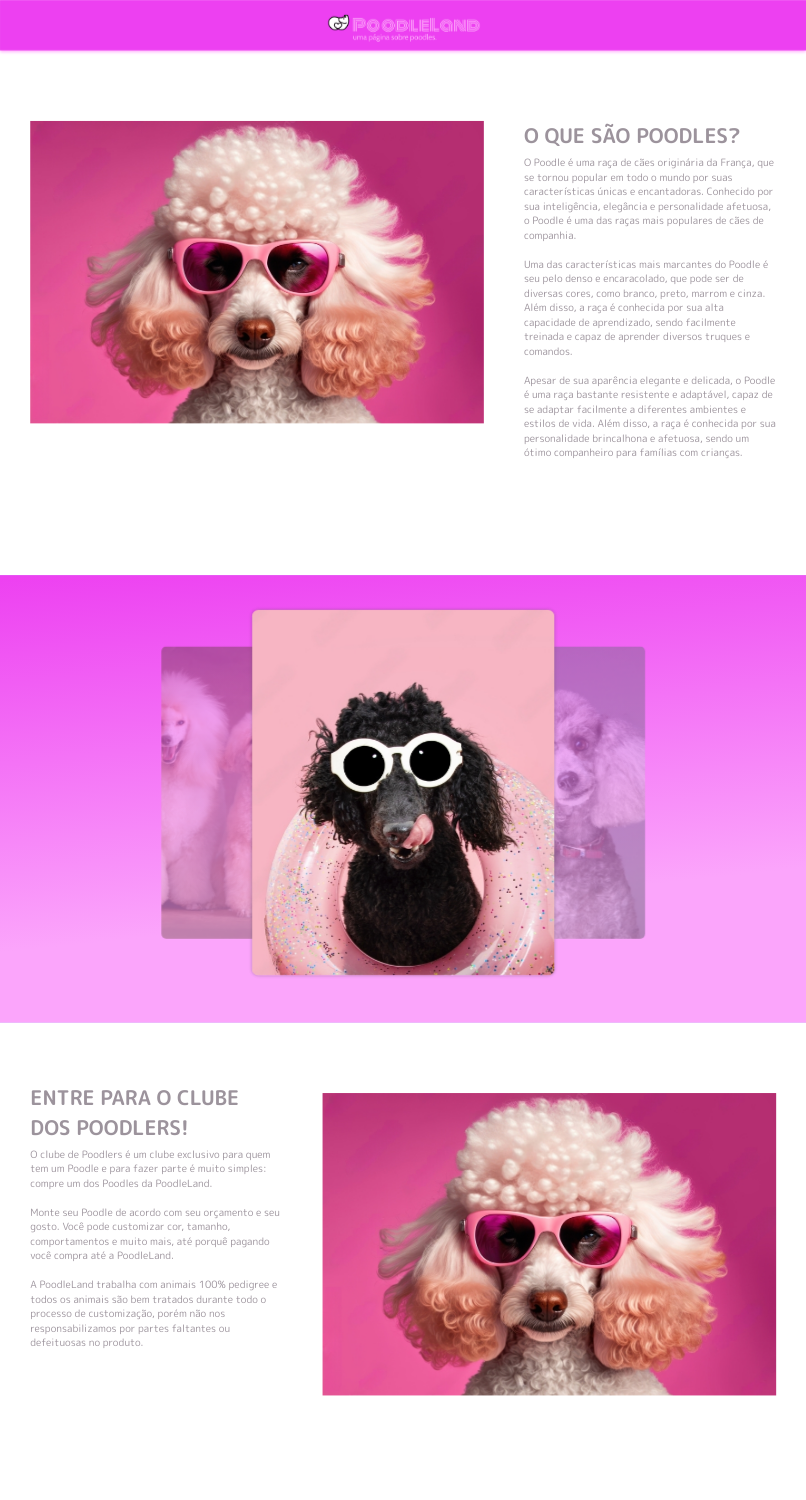
Repository: vinibalt/PoodleLand
Page: poddlelandia.html
These files come from the project's save history. The page is drawn as it stood at one moment and after a run of saves; the edit follows.
The browser window is 1280 px wide. The pictures show the whole page, at 63% of full size.

Above is the page before, as saved 2023-05-12 22:08:35.

### poddlelandia.html
<!DOCTYPE html>
<html lang="en">

<head>
    <meta charset="UTF-8">
    <meta http-equiv="X-UA-Compatible" content="IE=edge">
    <meta name="viewport" content="width=device-width, initial-scale=1.0">
    <link rel="stylesheet" href="./assets/css/styles.css">
    <title> PoodleLand </title>
</head>

<body>
    <header class="header">
        <div class="content">
            <img src="./assets/img/logo-poodleland.png" alt="" height="60px">
        </div>
    </header>

    <section class="section-one row">
        <div class="img-one">
            <img src="./assets/img/poddle-lindo.jpeg" alt="" height="480px">
        </div>

        <div class="text-one">
            <h1>O QUE SÃO POODLES?</h1>
            <p>
                O Poodle é uma raça de cães originária da França, que se tornou popular em todo o mundo por suas
                características únicas e encantadoras. Conhecido por sua inteligência, elegância e personalidade
                afetuosa, o Poodle é uma das raças mais populares de cães de companhia. <br><br>
                Uma das características mais marcantes do Poodle é seu pelo denso e encaracolado, que pode ser de
                diversas cores, como branco, preto, marrom e cinza. Além disso, a raça é conhecida por sua alta
                capacidade de aprendizado, sendo facilmente treinada e capaz de aprender diversos truques e comandos.
                <br><br>
                Apesar de sua aparência elegante e delicada, o Poodle é uma raça bastante resistente e adaptável, capaz
                de se adaptar facilmente a diferentes ambientes e estilos de vida. Além disso, a raça é conhecida por
                sua personalidade brincalhona e afetuosa, sendo um ótimo companheiro para famílias com crianças.
                <br><br>

            </p>
        </div>
    </section>

    <section class="section-carousel">

        <div class="container">
            <input type="radio" name="slider" id="item-1" checked>
            <input type="radio" name="slider" id="item-2">
            <input type="radio" name="slider" id="item-3">
          <div class="cards">
            <label class="card" for="item-1" id="song-1">
              <img class="img-carousel" src="./assets/img/poodle-praiano.jpeg" alt="song">
            </label>
            <label class="card" for="item-2" id="song-2">
              <img class="img-carousel" src="./assets/img/poodle-cinza-transformed.jpeg" alt="song">
            </label>
            <label class="card" for="item-3" id="song-3">
              <img class="img-carousel" src="./assets/img/poodle-varias-cores-transformed.jpeg" alt="song">
            </label>
          </div>
        </div>

    </section>

    <section class="section-two row">
        <div class="text-two">
            <h1>ENTRE PARA O CLUBE DOS POODLERS!</h1>
            <p>
                O clube de Poodlers é um clube exclusivo para quem tem um Poodle e para fazer parte é muito simples:
                compre um dos Poodles da PoodleLand. <br><br>
                Monte seu Poodle de acordo com seu orçamento e seu gosto. Você pode customizar cor, tamanho, comportamentos
                e muito mais, até porquê pagando você compra até a PoodleLand.
                <br><br>
                A PoodleLand trabalha com animais 100% pedigree e todos os animais são bem tratados durante todo o processo
                de customização, porém não nos responsabilizamos por partes faltantes ou defeituosas no produto.
                <br><br>

            </p>
        </div>

        <div class="img-two">
            <img src="./assets/img/poddle-lindo.jpeg" alt="" height="480px">
        </div>
    </section>

    <footer>

    </footer>
</body>

</html>

### assets/css/styles.css
@import url('https://fonts.googleapis.com/css2?family=Heebo:wght@300;400;500;600;700;800;900&display=swap');
@import url('https://fonts.googleapis.com/css2?family=M+PLUS+Rounded+1c:wght@100;300;400;500;700;800;900&display=swap');
/* font-family: 'Heebo', sans-serif; */

* {
    padding: 0;
    margin: 0;

    font-family: 'M PLUS Rounded 1c', sans-serif;
}

body {
    scroll-behavior: smooth;
}

.header {
    height: 80px;
    position: sticky;
    top: 0;
    background-color: #ed40f1;
    box-shadow: 0px 3px 5px 0px rgba(255,171,252,1);

    justify-content: center;
    align-items: center;
    text-align: center;

    z-index: 2;
}

.content img {
    padding-top: 1rem;
    border-radius: .5rem;

    border-radius: 8px;
}

.section-one, .section-two {
    height: auto;
    padding-top: 4rem;

    padding: 4rem 1rem 8rem 1rem;
    color: #9c939c;
}

.img-one, .text-one, .img-two, .text-two{
    padding: 3rem 2rem 2rem;
}

.text-one {

}

.text-one > h1 {
 font-size: 32px;
 font-weight: 700;

 padding-bottom: .5rem;
}

.text-two > h1 {
    font-size: 32px;
    font-weight: 700;

    padding-bottom: .5rem;
   }

.text-one > p {
    font-size: 16px;
    font-weight: 400;
}

.text-two > p {
    font-size: 16px;
    font-weight: 400;
}

.text-two {


    padding-top: 2rem;
}

.section-carousel {
    height: 650px;
    /* background-color: #fba5fb; */
    background: rgb(237,64,241);
    background: linear-gradient(174deg, rgba(237,64,241,1) 0%, rgba(251,165,251,1) 71%);
}








.row {
    display: flex;
    flex-direction: row;
}

.column {
    display: flex;
    flex-direction: column;
}







@import url("https://fonts.googleapis.com/css?family=DM+Sans:400,500,700&display=swap");



.section-carousel {
  display: flex;
  align-items: center;
  justify-content: center;
  padding: 30px 10px;
  font-family: 'DM Sans', sans-serif;
  transition: background .4s ease-in;
  background-color: #c394f8;

  &.blue {
    background-color: #428aa6;
  }
}

input[type=radio] {
  display: none;
}

.card {
  position: absolute;
  width: 60%;
  height: 100%;
  left: 0;
  right: 0;
  margin: auto;
  transition: transform .4s ease;
  cursor: pointer;
}

.container {
  width: 100%;
  max-width: 800px;
  max-height: 600px;
  height: 100%;
  transform-style: preserve-3d;
  display: flex;
  justify-content: center;
  flex-direction: column;
  align-items: center;
}

.cards {
  position: relative;
  width: 100%;
  height: 100%;
  margin-bottom: 20px;

  z-index: 1;
}

.img-carousel {
  width: 100%;
  height: 100%;
  border-radius: 10px;
  object-fit: cover;
}

#item-1:checked ~ .cards #song-3, #item-2:checked ~ .cards #song-1, #item-3:checked ~ .cards #song-2 {
  transform: translatex(-40%) scale(.8);
  opacity: .4;
  z-index: 0;
}

#item-1:checked ~ .cards #song-2, #item-2:checked ~ .cards #song-3, #item-3:checked ~ .cards #song-1 {
  transform: translatex(40%) scale(.8);
  opacity: .4;
  z-index: 0;
}

#item-1:checked ~ .cards #song-1, #item-2:checked ~ .cards #song-2, #item-3:checked ~ .cards #song-3 {
  transform: translatex(0) scale(1);
  opacity: 1;
  z-index: 1;

  img {
    box-shadow: 0px 0px 5px 0px rgba(81, 81, 81, 0.47);
  }
}

.player {
  background-color: #fff;
  border-radius: 8px;
  min-width: 320px;
  padding: 16px 10px;
}

.upper-part {
  position: relative;
  display: flex;
  align-items: center;
  margin-bottom: 12px;
  height: 36px;
  overflow: hidden;
}

.play-icon{ margin-right: 10px; }

.song-info {
  width: calc(100% - 32px);
  display: block;
}

.song-info .title {
  color: #403d40;
  font-size: 14px;
  line-height: 24px;
}

.sub-line {
  display: flex;
  justify-content: space-between;
  width: 100%;
}

.subtitle, .time {
  font-size: 12px;
  line-height: 16px;
  color: #c6c5c6;
}

.time {
  font-size: 12px;
  line-height: 16px;
  color: #a5a5a5;
  font-weight: 500;
  margin-left: auto;
}

.progress-bar {
  height: 3px;
  width: 100%;
  background-color: #e9efff;
  border-radius: 2px;
  overflow: hidden;
}

.progress {
  display: block;
  position: relative;
  width: 60%;
  height: 100%;
  background-color: #2992dc;
  border-radius: 6px;
}

.info-area {
  width: 100%;
  position: absolute;
  top: 0;
  left: 30px;
  transition: transform .4s ease-in;
}

#item-2:checked ~ .player #test {
  transform: translateY(0);
}

#item-2:checked ~ .player #test  {
  transform: translateY(-40px);
}

#item-3:checked ~ .player #test  {
  transform: translateY(-80px);
}

After the next 2 saves:
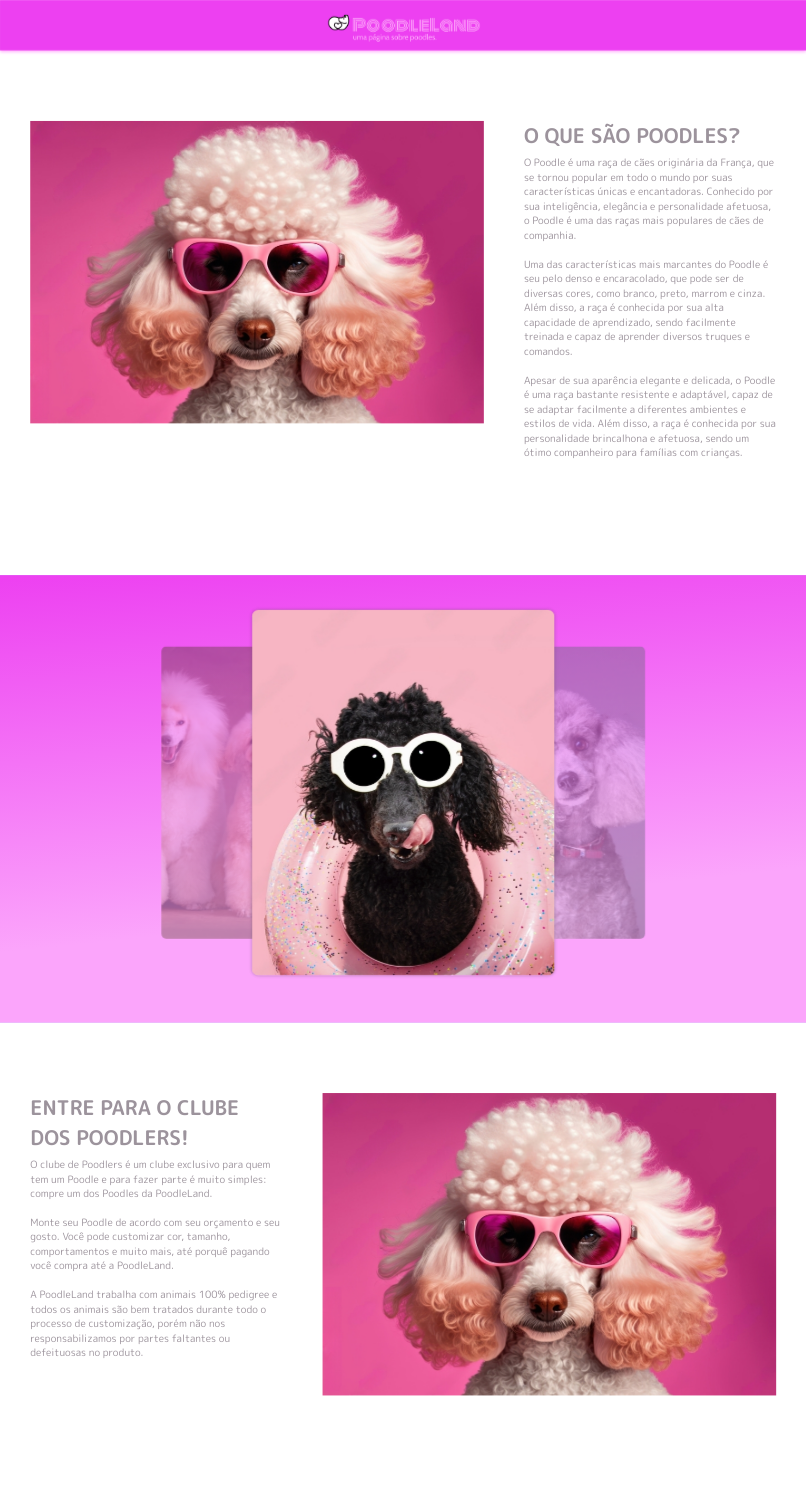
The 2 saves are shown as one change because they came seconds apart.
The last was saved 19 s later.
--- a/assets/css/styles.css
+++ b/assets/css/styles.css
@@ -76,8 +76,6 @@
 
 .text-two {
 
-
-    padding-top: 2rem;
 }
 
 .section-carousel {

After the 4 saves that followed:
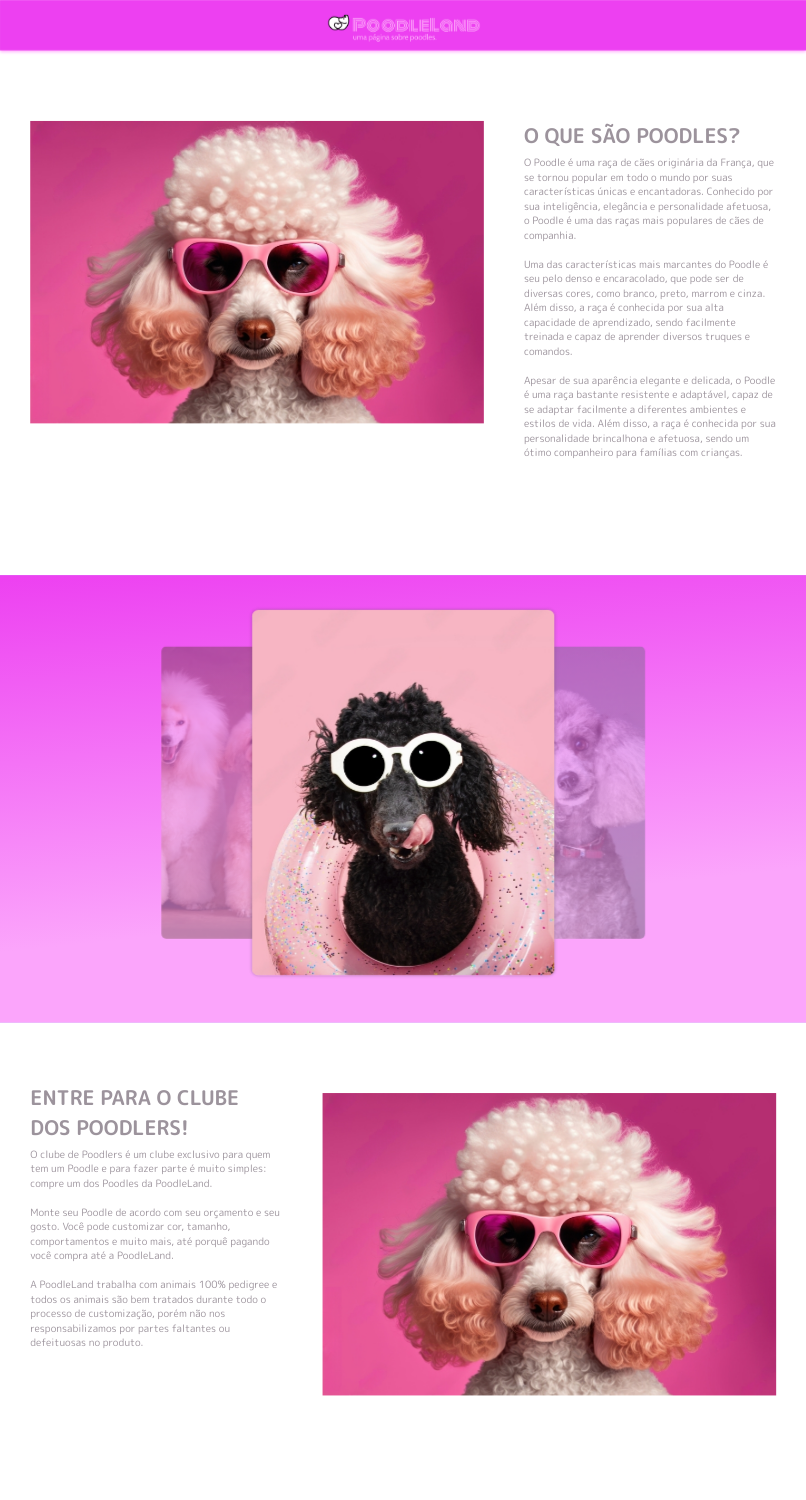
The 4 saves are shown as one change because 1 left the picture as it was and some came seconds apart.
The last was saved 19 s later.
--- a/assets/css/styles.css
+++ b/assets/css/styles.css
@@ -75,7 +75,7 @@
 }
 
 .text-two {
-
+   padding-top: 2rem;
 }
 
 .section-carousel {
